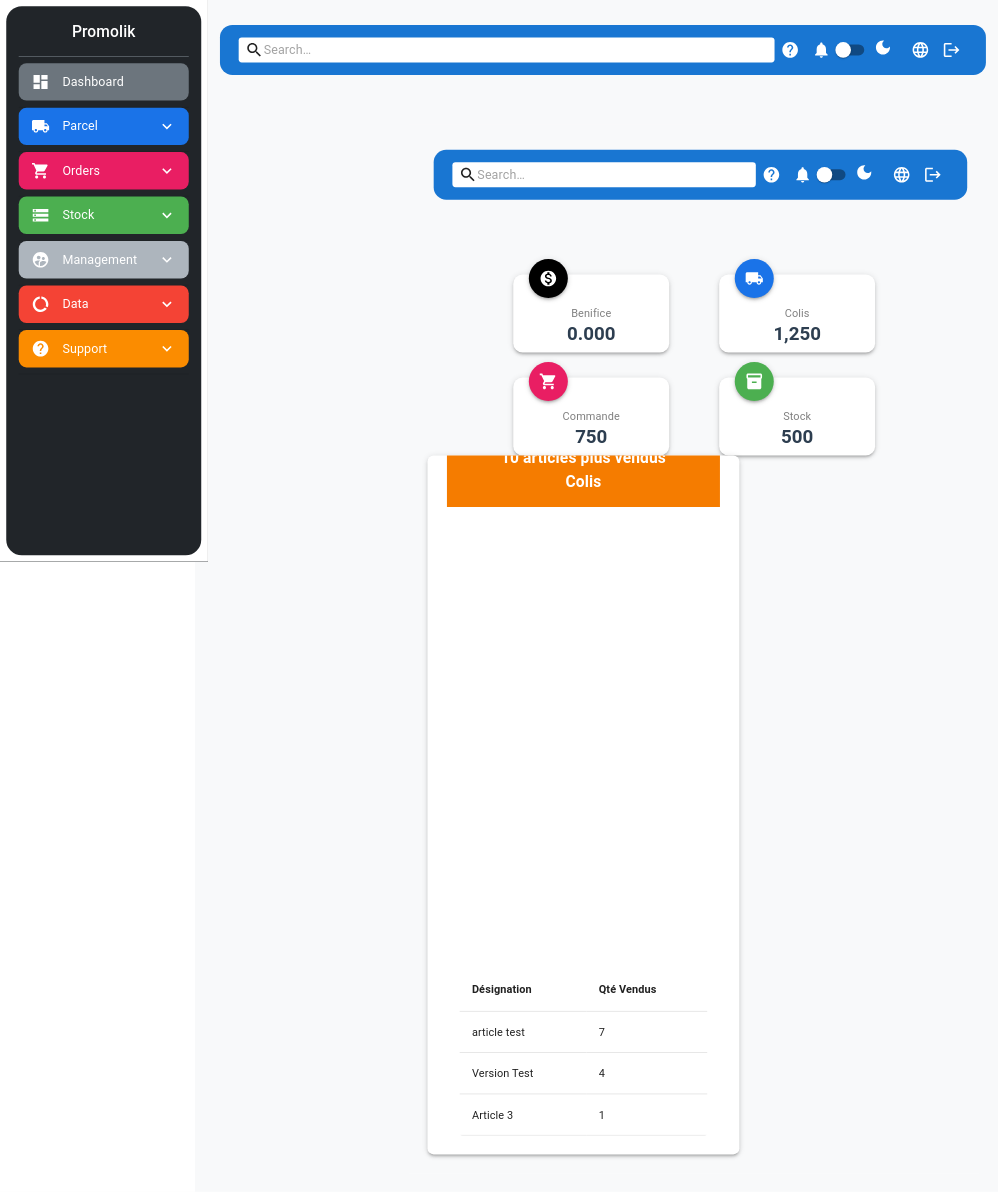
Repository: yosrjdly/stk
Page: /dashboard (app in dashboard/)
The author's editor kept a copy of each file at every save. The page is drawn from the files as they stood at one save, then again after the next save.
The browser window is 1280 px wide. The pictures show the whole page, at 78% of full size.
The project was rebuilt for these pictures with package versions that can differ from the ones it lists, and the page was loaded fresh each time. The framework's server and built-in components were replaced by stand-ins that run in the browser. Also part of the build but not shown: dashboard/next.config.ts.

Above is the page before, as saved 2025-02-14 18:20:32.

After the next save:
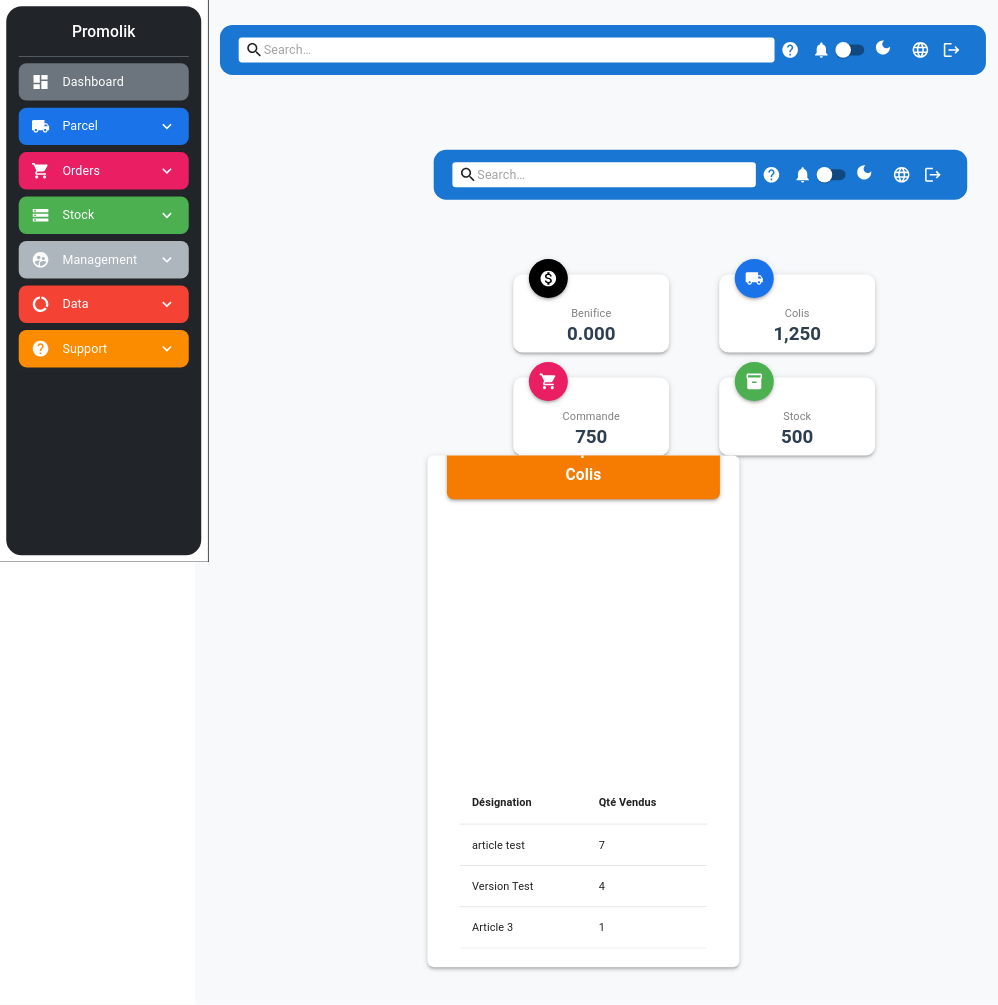
Saved 6 s later.
--- a/dashboard/src/componenets/cards/mediumCard/TopSellingCard.tsx
+++ b/dashboard/src/componenets/cards/mediumCard/TopSellingCard.tsx
@@ -11,7 +11,19 @@ const data = [
 const TopSellingCard = () => {
   return (
     <Card sx={{ width: 400, borderRadius: 2, boxShadow: 3, overflow: "hidden", display: "flex", flexDirection: "column", alignItems: "center", justifyContent: "center", position: "relative" }}>
-      <CardContent sx={{ backgroundColor: "#f57c00", color: "white", textAlign: "center", padding: 2, width: 350, position: "absolute", top: -30 }}>
+      <CardContent sx={{
+        backgroundColor: "#f57c00",
+        color: "white",
+        textAlign: "center",
+        padding: 2,
+        width: 350,
+        position: "absolute",
+        top: -40,
+        left: "50%",
+        transform: "translateX(-50%)",
+        borderRadius: 2,
+        boxShadow: 3,
+      }}>
         <Typography variant="h6" fontWeight="bold">
           10 articles plus vendus
         </Typography>
@@ -19,7 +31,7 @@ const TopSellingCard = () => {
           Colis
         </Typography>
       </CardContent>
-      <CardContent sx={{ width: 350, marginTop: 80 }}>
+      <CardContent sx={{ width: 350, marginTop: 50 }}>
         <TableContainer component={Paper} elevation={0} sx={{ boxShadow: "none" }}>
           <Table>
             <TableHead>
